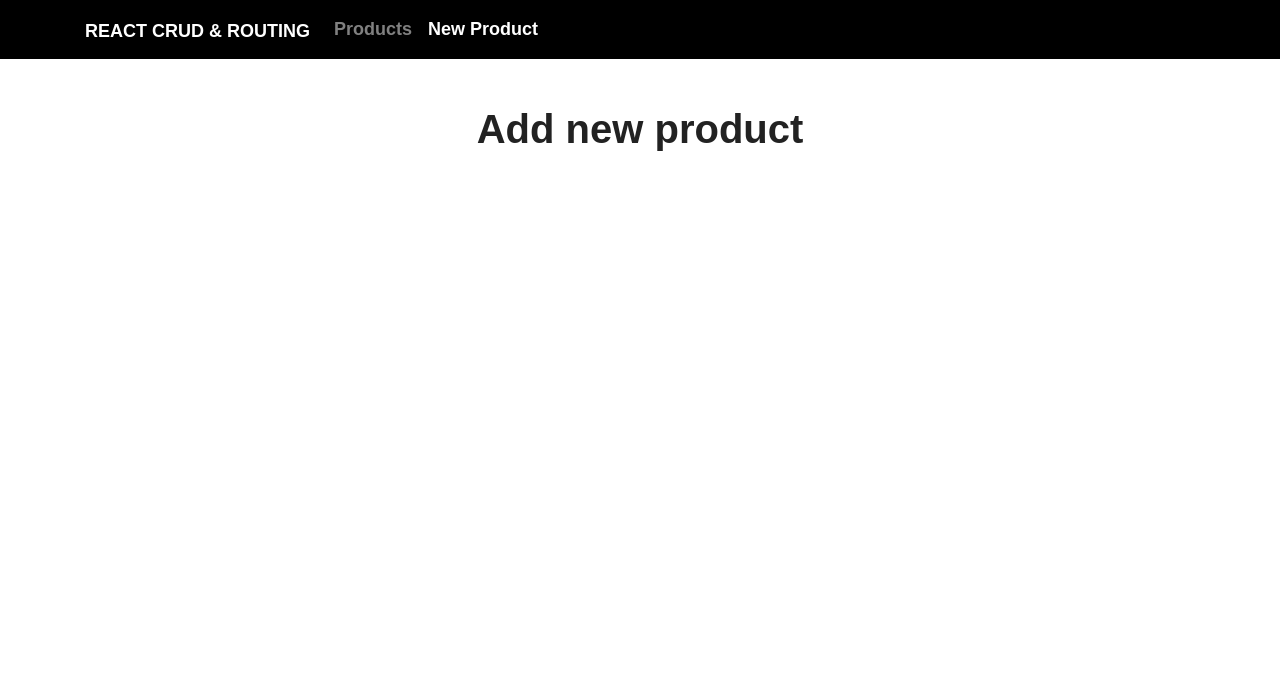
Repository: ppfeliuu/routercrudreact
Page: /new
These files come from the project's save history. The page is drawn as it stood at one moment and after the next save; the edit follows.
The browser window is 1280 px wide. The pictures show the whole page.
Some web fonts or font styles are not loaded; a fallback is used. The project was rebuilt for these pictures with package versions that can differ from the ones it lists, and the page was loaded fresh each time. Requests to the local data server were answered from the project's data file. Also part of the build but not shown: src/components/ProductoLista.js, src/components/Productos.js, src/components/Producto.js, src/components/EditarProducto.js.

Above is the page before, as saved 2019-06-26 11:05:15.

After the next save:
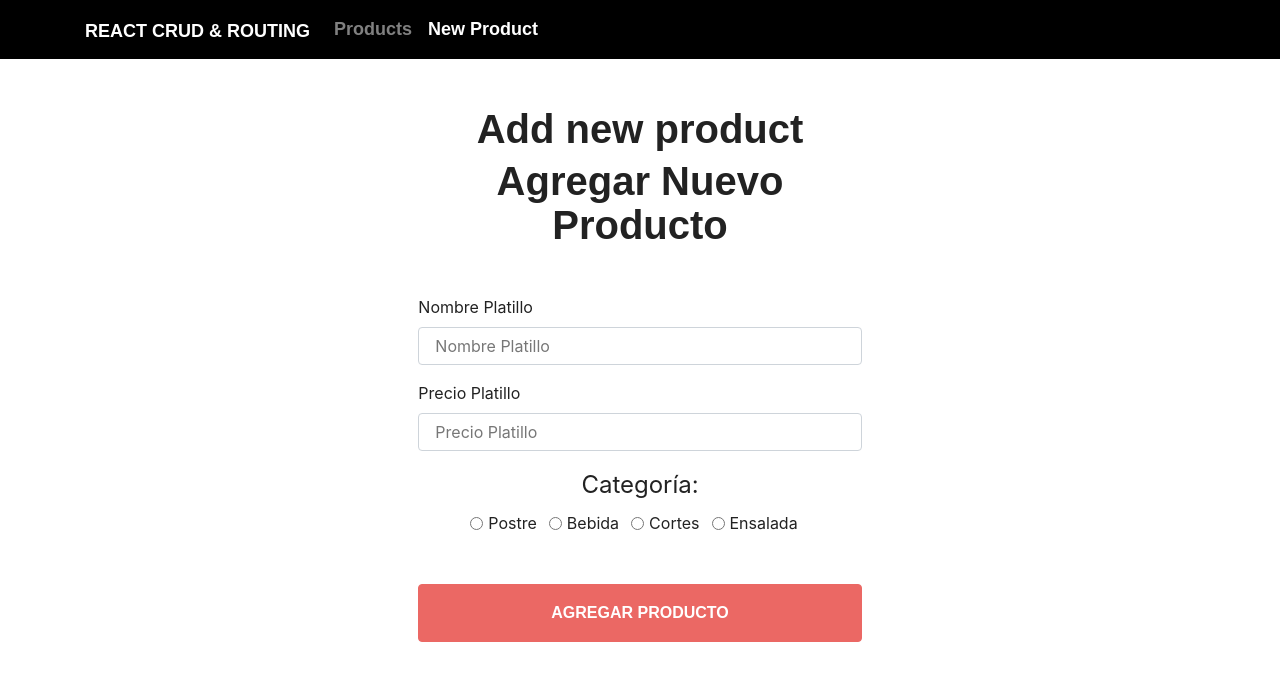
Saved 2 min 29 s later.
--- a/src/components/AgregarProducto.js
+++ b/src/components/AgregarProducto.js
@@ -1,10 +1,85 @@
-import React from 'react';
+import React from "react";
 
 function AgregarProducto() {
+  return (
+    <div className="col-md-8 mx-auto">
+      <h1 className="text-center">Add new product</h1>
 
-    return (
-        <h1 className="text-center">Add new product</h1>
-    )
+      <div className="col-md-8 mx-auto ">
+        <h1 className="text-center">Agregar Nuevo Producto</h1>
+
+        <form className="mt-5">
+          <div className="form-group">
+            <label>Nombre Platillo</label>
+            <input
+              type="text"
+              className="form-control"
+              name="nombre"
+              placeholder="Nombre Platillo"
+            />
+          </div>
+
+          <div className="form-group">
+            <label>Precio Platillo</label>
+            <input
+              type="number"
+              className="form-control"
+              name="precio"
+              placeholder="Precio Platillo"
+            />
+          </div>
+
+          <legend className="text-center">Categoría:</legend>
+          <div className="text-center">
+            <div className="form-check form-check-inline">
+              <input
+                className="form-check-input"
+                type="radio"
+                name="categoria"
+                value="postre"
+              />
+              <label className="form-check-label">Postre</label>
+            </div>
+            <div className="form-check form-check-inline">
+              <input
+                className="form-check-input"
+                type="radio"
+                name="categoria"
+                value="bebida"
+              />
+              <label className="form-check-label">Bebida</label>
+            </div>
+
+            <div className="form-check form-check-inline">
+              <input
+                className="form-check-input"
+                type="radio"
+                name="categoria"
+                value="cortes"
+              />
+              <label className="form-check-label">Cortes</label>
+            </div>
+
+            <div className="form-check form-check-inline">
+              <input
+                className="form-check-input"
+                type="radio"
+                name="categoria"
+                value="ensalada"
+              />
+              <label className="form-check-label">Ensalada</label>
+            </div>
+          </div>
+
+          <input
+            type="submit"
+            className="font-weight-bold text-uppercase mt-5 btn btn-primary btn-block py-3"
+            value="Agregar Producto"
+          />
+        </form>
+      </div>
+    </div>
+  );
 }
 
 export default AgregarProducto;
